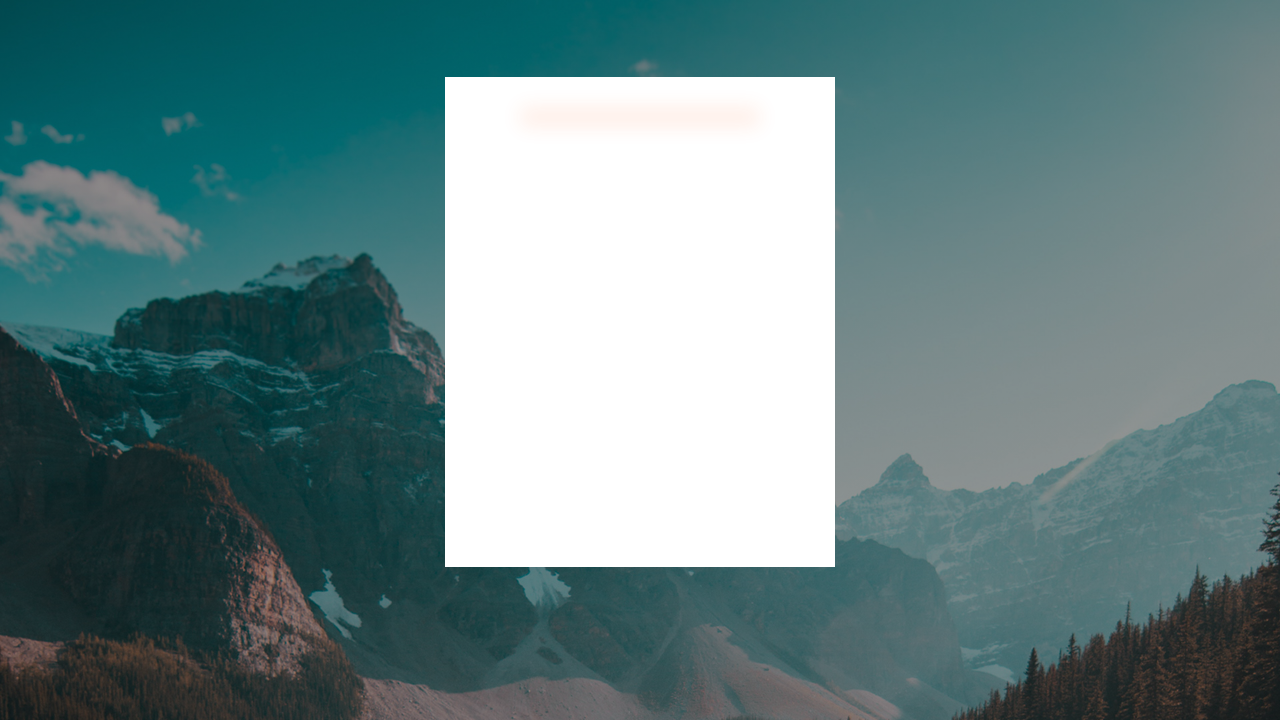
Repository: dung8466/Sign_in_page
Page: index.html
These files come from the project's save history. The page is drawn as it stood at one moment and after the next save; the edit follows.
The browser window is 1280 px wide. The pictures show the whole page.

Above is the page before, as saved 2021-10-06 22:19:16.

After the next save:
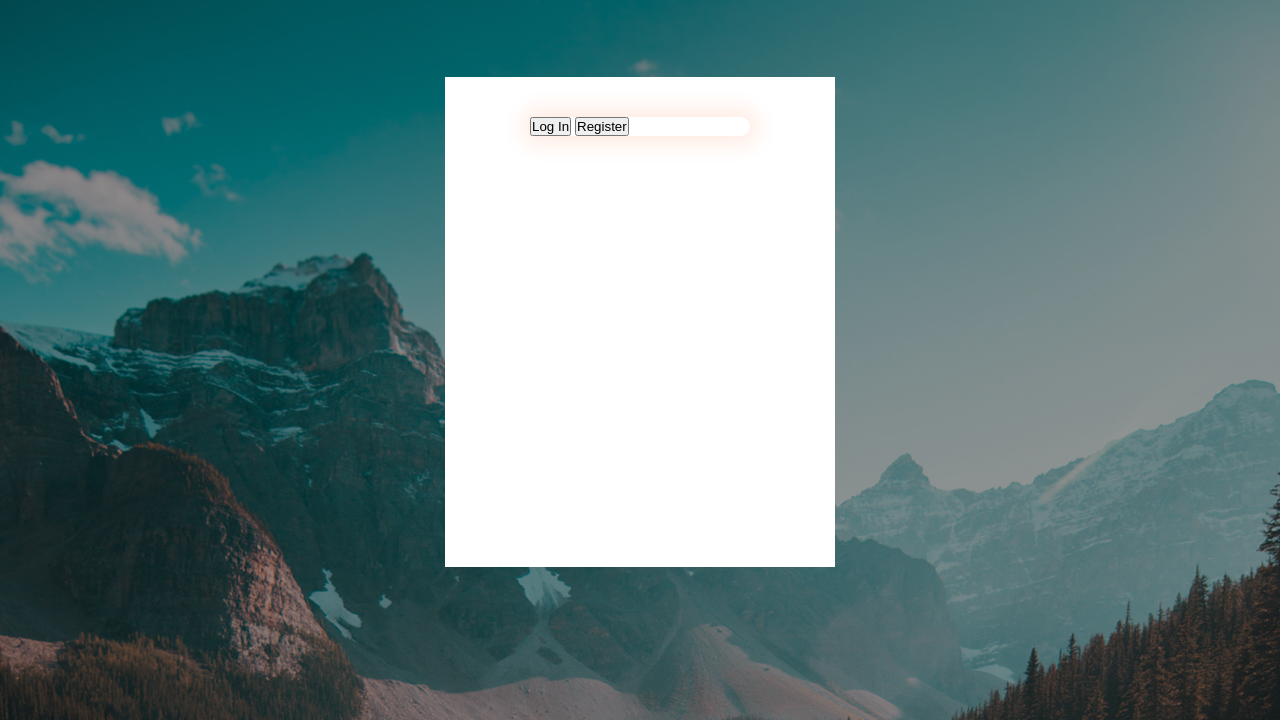
Saved 85 s later.
--- a/index.html
+++ b/index.html
@@ -12,7 +12,8 @@
     <div class="main-pg">
         <div class="sign-in-form">
             <div class="button-box">
-
+                <button type="button" class="toggle-btn">Log In</button>
+                <button type="button" class="toggle-btn">Register</button>
             </div>
         </div>
     </div>
